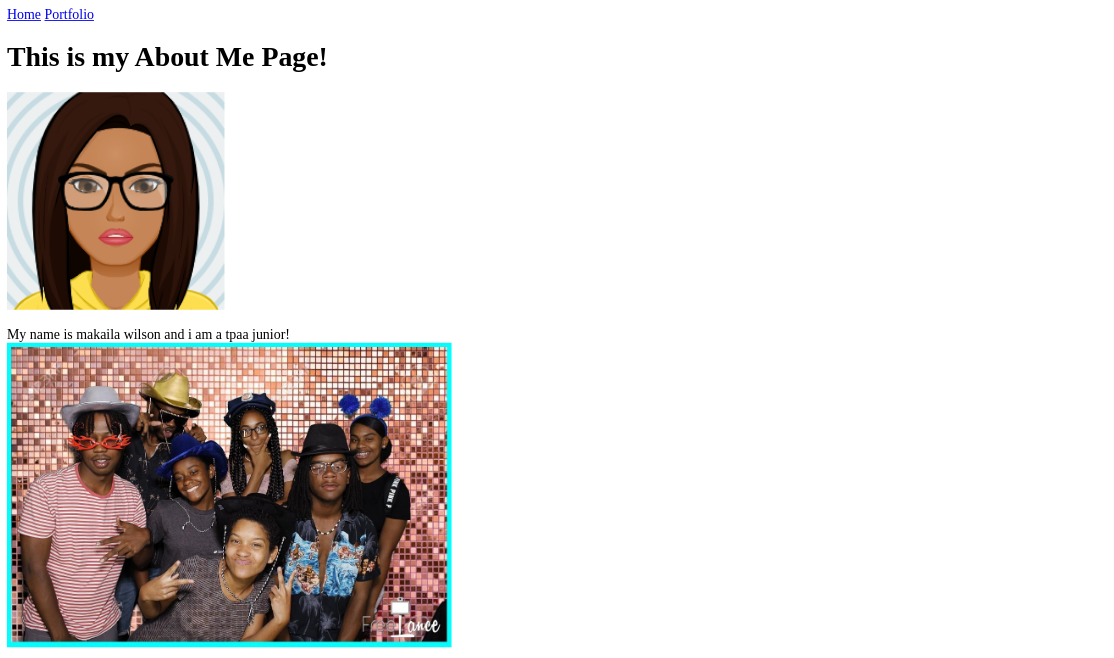
Repository: mwilson3286/mwilson3286.github.io
Page: my_website/Aboutme.html
The author's editor kept a record of every edit. The page is drawn from the files as they stood at one moment, then again after the next edit.
The browser window is 1280 px wide. The pictures show the whole page, at 87% of full size.

Above is the page before.

After the next edit:
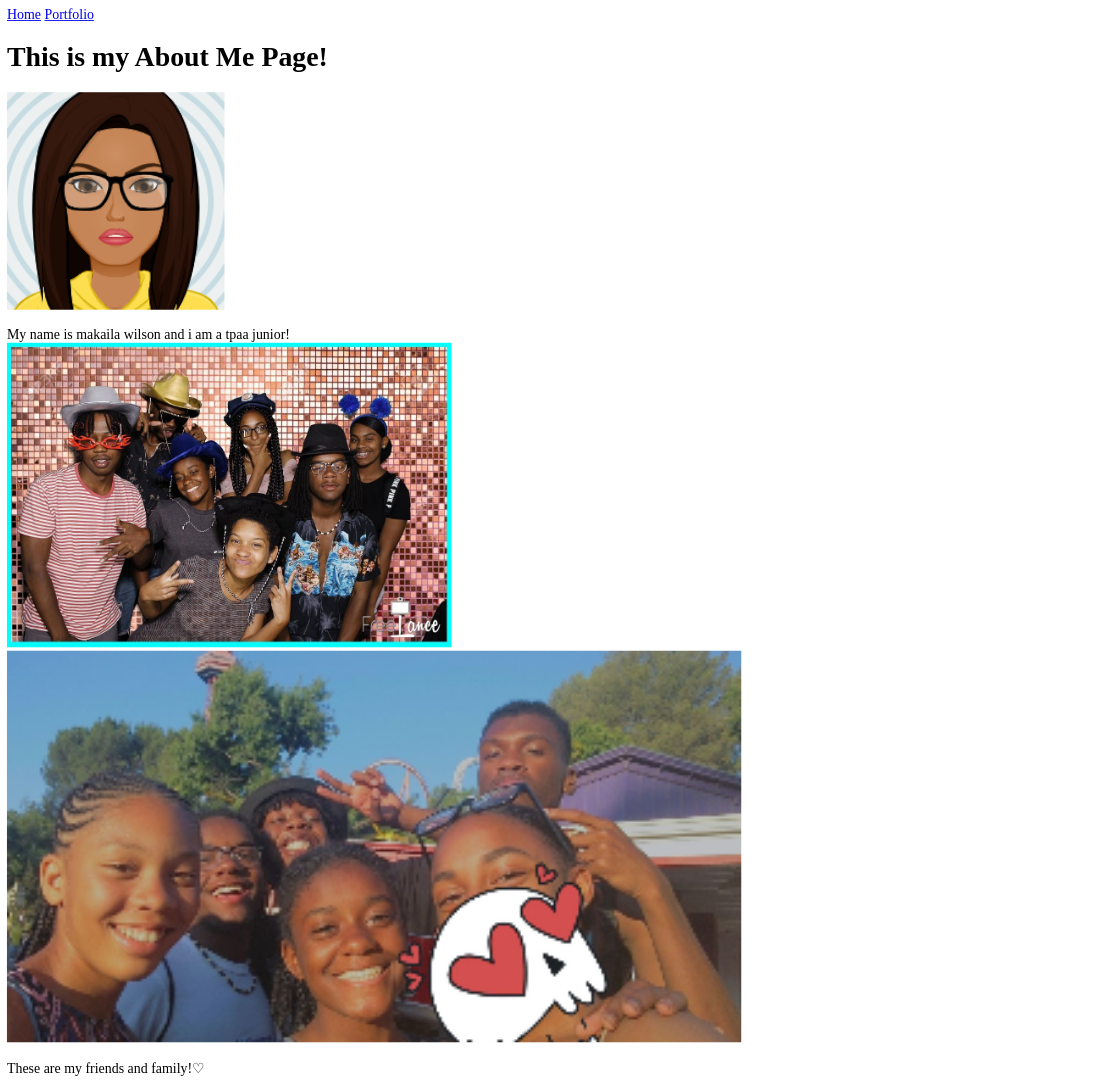
The edit:
--- a/my_website/Aboutme.html
+++ b/my_website/Aboutme.html
@@ -15,4 +15,6 @@
     </a>
  </body>
 </html>
-<img src="image2.jpg" height="350">
+<img src="images/image2.jpg" height="350">
+<img src="images/image3.jpg" height="450">
+</p>These are my friends and family!♡
